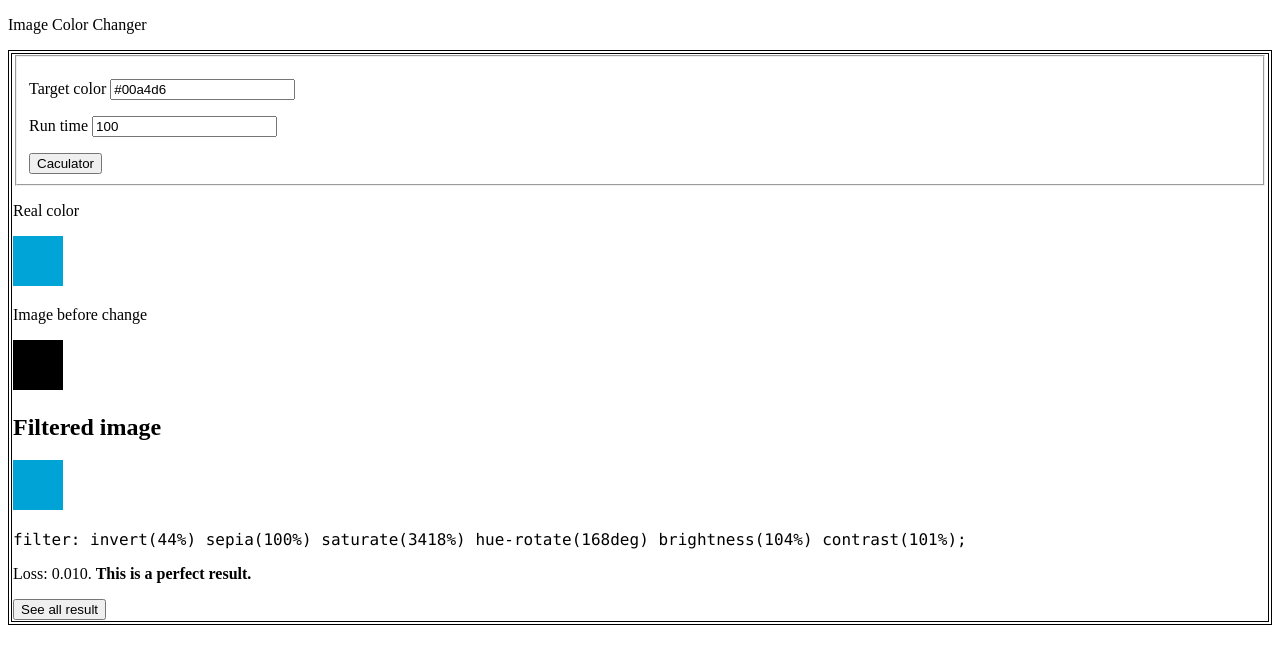
Repository: Kevilstark/image-color-changer
Page: index.html
The author's editor kept a copy of each file at every save. The page is drawn from the files as they stood at one save, then again after the next save.
The browser window is 1280 px wide. The pictures show the whole page.
After loading, the first visible `button.execute` was clicked once.
Some web libraries are served in a nearby version.

Above is the page before, as saved 2022-06-07 13:48:00.

### index.html
<!DOCTYPE html>
<html lang="vi">
    <head>
        <meta charset= "UTF-8">
        <meta name="viewport" content="width=device-width, initial-scale-1.0">
        <script src="https://ajax.googleapis.com/ajax/libs/jquery/2.1.1/jquery.min.js"></script>
        <script src="script.js"></script>
        <link rel="stylesheet" href="style.css">
    </head>
    <body>
        <p>Image Color Changer</p>
        <table>
            <tr valign="top">
                <td width="50%">
                    <fieldset>
                        <p>
                            <label>Target color</label> <input class="target" type="text" placeholder="target hex" value="#00a4d6"/>
                        </p>
                        <p>
                            <label>Run time</label> <input class="time-tried" type="number" placeholder="run time" value="100"/>
                      </p>
                        <button class="execute">Caculator</button>
                    </fieldset>
                    <p>Real color</p>
                    <div class="pixel realPixel"></div>
                    <p>Image before change</p>
                    <div class="pixel realImg"></div>
                    <div id="final-result"></div>


                </td>
            </tr>
        </table>
    </body>
</html>

### script.js
'use strict';

class Color {
  constructor(r, g, b) {
    this.set(r, g, b);
  }

  toString() {
    return `rgb(${Math.round(this.r)}, ${Math.round(this.g)}, ${Math.round(this.b)})`;
  }

  set(r, g, b) {
    this.r = this.clamp(r);
    this.g = this.clamp(g);
    this.b = this.clamp(b);
  }

  hueRotate(angle = 0) {
    angle = angle / 180 * Math.PI;
    const sin = Math.sin(angle);
    const cos = Math.cos(angle);

    this.multiply([
      0.213 + cos * 0.787 - sin * 0.213,
      0.715 - cos * 0.715 - sin * 0.715,
      0.072 - cos * 0.072 + sin * 0.928,
      0.213 - cos * 0.213 + sin * 0.143,
      0.715 + cos * 0.285 + sin * 0.140,
      0.072 - cos * 0.072 - sin * 0.283,
      0.213 - cos * 0.213 - sin * 0.787,
      0.715 - cos * 0.715 + sin * 0.715,
      0.072 + cos * 0.928 + sin * 0.072,
    ]);
  }

  grayscale(value = 1) {
    this.multiply([
      0.2126 + 0.7874 * (1 - value),
      0.7152 - 0.7152 * (1 - value),
      0.0722 - 0.0722 * (1 - value),
      0.2126 - 0.2126 * (1 - value),
      0.7152 + 0.2848 * (1 - value),
      0.0722 - 0.0722 * (1 - value),
      0.2126 - 0.2126 * (1 - value),
      0.7152 - 0.7152 * (1 - value),
      0.0722 + 0.9278 * (1 - value),
    ]);
  }

  sepia(value = 1) {
    this.multiply([
      0.393 + 0.607 * (1 - value),
      0.769 - 0.769 * (1 - value),
      0.189 - 0.189 * (1 - value),
      0.349 - 0.349 * (1 - value),
      0.686 + 0.314 * (1 - value),
      0.168 - 0.168 * (1 - value),
      0.272 - 0.272 * (1 - value),
      0.534 - 0.534 * (1 - value),
      0.131 + 0.869 * (1 - value),
    ]);
  }

  saturate(value = 1) {
    this.multiply([
      0.213 + 0.787 * value,
      0.715 - 0.715 * value,
      0.072 - 0.072 * value,
      0.213 - 0.213 * value,
      0.715 + 0.285 * value,
      0.072 - 0.072 * value,
      0.213 - 0.213 * value,
      0.715 - 0.715 * value,
      0.072 + 0.928 * value,
    ]);
  }

  multiply(matrix) {
    const newR = this.clamp(this.r * matrix[0] + this.g * matrix[1] + this.b * matrix[2]);
    const newG = this.clamp(this.r * matrix[3] + this.g * matrix[4] + this.b * matrix[5]);
    const newB = this.clamp(this.r * matrix[6] + this.g * matrix[7] + this.b * matrix[8]);
    this.r = newR;
    this.g = newG;
    this.b = newB;
  }

  brightness(value = 1) {
    this.linear(value);
  }
  contrast(value = 1) {
    this.linear(value, -(0.5 * value) + 0.5);
  }

  linear(slope = 1, intercept = 0) {
    this.r = this.clamp(this.r * slope + intercept * 255);
    this.g = this.clamp(this.g * slope + intercept * 255);
    this.b = this.clamp(this.b * slope + intercept * 255);
  }

  invert(value = 1) {
    this.r = this.clamp((value + this.r / 255 * (1 - 2 * value)) * 255);
    this.g = this.clamp((value + this.g / 255 * (1 - 2 * value)) * 255);
    this.b = this.clamp((value + this.b / 255 * (1 - 2 * value)) * 255);
  }

  hsl() {
    // Code taken from https://stackoverflow.com/a/9493060/2688027, licensed under CC BY-SA.
    const r = this.r / 255;
    const g = this.g / 255;
    const b = this.b / 255;
    const max = Math.max(r, g, b);
    const min = Math.min(r, g, b);
    let h, s, l = (max + min) / 2;

    if (max === min) {
      h = s = 0;
    } else {
      const d = max - min;
      s = l > 0.5 ? d / (2 - max - min) : d / (max + min);
      switch (max) {
        case r:
          h = (g - b) / d + (g < b ? 6 : 0);
          break;

        case g:
          h = (b - r) / d + 2;
          break;

        case b:
          h = (r - g) / d + 4;
          break;
      }
      h /= 6;
    }

    return {
      h: h * 100,
      s: s * 100,
      l: l * 100,
    };
  }

  clamp(value) {
    if (value > 255) {
      value = 255;
    } else if (value < 0) {
      value = 0;
    }
    return value;
  }
}

class Solver {
  constructor(target, baseColor) {
    this.target = target;
    this.targetHSL = target.hsl();
    this.reusedColor = new Color(0, 0, 0);
  }

  solve() {
    const result = this.solveNarrow(this.solveWide());
    return {
      values: result.values,
      loss: result.loss,
      filter: this.css(result.values),
    };
  }

  solveWide() {
    const A = 5;
    const c = 15;
    const a = [60, 180, 18000, 600, 1.2, 1.2];

    let best = { loss: Infinity };
    for (let i = 0; best.loss > 25 && i < 3; i++) {
      const initial = [50, 20, 3750, 50, 100, 100];
      const result = this.spsa(A, a, c, initial, 1000);
      if (result.loss < best.loss) {
        best = result;
      }
    }
    return best;
  }

  solveNarrow(wide) {
    const A = wide.loss;
    const c = 2;
    const A1 = A + 1;
    const a = [0.25 * A1, 0.25 * A1, A1, 0.25 * A1, 0.2 * A1, 0.2 * A1];
    return this.spsa(A, a, c, wide.values, 500);
  }

  spsa(A, a, c, values, iters) {
    const alpha = 1;
    const gamma = 0.16666666666666666;

    let best = null;
    let bestLoss = Infinity;
    const deltas = new Array(6);
    const highArgs = new Array(6);
    const lowArgs = new Array(6);

    for (let k = 0; k < iters; k++) {
      const ck = c / Math.pow(k + 1, gamma);
      for (let i = 0; i < 6; i++) {
        deltas[i] = Math.random() > 0.5 ? 1 : -1;
        highArgs[i] = values[i] + ck * deltas[i];
        lowArgs[i] = values[i] - ck * deltas[i];
      }

      const lossDiff = this.loss(highArgs) - this.loss(lowArgs);
      for (let i = 0; i < 6; i++) {
        const g = lossDiff / (2 * ck) * deltas[i];
        const ak = a[i] / Math.pow(A + k + 1, alpha);
        values[i] = fix(values[i] - ak * g, i);
      }

      const loss = this.loss(values);
      if (loss < bestLoss) {
        best = values.slice(0);
        bestLoss = loss;
      }
    }
    return { values: best, loss: bestLoss };

    function fix(value, idx) {
      let max = 100;
      if (idx === 2 /* saturate */) {
        max = 7500;
      } else if (idx === 4 /* brightness */ || idx === 5 /* contrast */) {
        max = 200;
      }

      if (idx === 3 /* hue-rotate */) {
        if (value > max) {
          value %= max;
        } else if (value < 0) {
          value = max + value % max;
        }
      } else if (value < 0) {
        value = 0;
      } else if (value > max) {
        value = max;
      }
      return value;
    }
  }

  loss(filters) {
    // Argument is array of percentages.
    const color = this.reusedColor;
    color.set(0, 0, 0);

    color.invert(filters[0] / 100);
    color.sepia(filters[1] / 100);
    color.saturate(filters[2] / 100);
    color.hueRotate(filters[3] * 3.6);
    color.brightness(filters[4] / 100);
    color.contrast(filters[5] / 100);

    const colorHSL = color.hsl();
    return (
      Math.abs(color.r - this.target.r) +
      Math.abs(color.g - this.target.g) +
      Math.abs(color.b - this.target.b) +
      Math.abs(colorHSL.h - this.targetHSL.h) +
      Math.abs(colorHSL.s - this.targetHSL.s) +
      Math.abs(colorHSL.l - this.targetHSL.l)
    );
  }

  css(filters) {
    function fmt(idx, multiplier = 1) {
      return Math.round(filters[idx] * multiplier);
    }
    return `filter: invert(${fmt(0)}%) sepia(${fmt(1)}%) saturate(${fmt(2)}%) hue-rotate(${fmt(3, 3.6)}deg) brightness(${fmt(4)}%) contrast(${fmt(5)}%);`;
  }
}

function hexToRgb(hex) {
  // Expand shorthand form (e.g. "03F") to full form (e.g. "0033FF")
  const shorthandRegex = /^#?([a-f\d])([a-f\d])([a-f\d])$/i;
  hex = hex.replace(shorthandRegex, (m, r, g, b) => {
    return r + r + g + g + b + b;
  });

  const result = /^#?([a-f\d]{2})([a-f\d]{2})([a-f\d]{2})$/i.exec(hex);
  return result
    ? [
      parseInt(result[1], 16),
      parseInt(result[2], 16),
      parseInt(result[3], 16),
    ]
    : null;
}

$(document).ready(() => {
  $('button.execute').click(() => {
    const rgb = hexToRgb($('input.target').val());
    const triedtime = $('input.time-tried').val();
    if (rgb.length !== 3) {
      alert('Invalid format!');
      return;
    }

    const color = new Color(rgb[0], rgb[1], rgb[2]);
    const solver = new Solver(color);
    var result = solver.solve();
    var min = result.loss;
    // <h2>Best result</h2>



    const elementAdd = document.getElementById("final-result");
    $("#final-result").empty();

    let resultTitle = document.createElement("h2");
    let resultTitleVal = document.createTextNode('Filtered image');
    elementAdd.appendChild(resultTitle);

    let resultImgTitle = document.createElement("p");
    let resultImgTitleVal = document.createTextNode('Filtered image');
    resultTitle.appendChild(resultImgTitleVal);
    elementAdd.appendChild(resultImgTitle);

    let resultImg = document.createElement("div");
    resultImg.setAttribute('class', 'pixel filterPixel')
    elementAdd.appendChild(resultImg);

    let resultCss = document.createElement("p");
    resultCss.setAttribute('class', 'filterDetail')
    elementAdd.appendChild(resultCss);

    let resultLoss = document.createElement("p");
    resultLoss.setAttribute('class', 'lossDetail')
    elementAdd.appendChild(resultLoss);

    let para = document.createElement("button");
    para.setAttribute('id', 'clickResult')
    let node = document.createTextNode("See all result");
    para.appendChild(node);
    elementAdd.appendChild(para);

    let resultTable = document.createElement('table');
    resultTable.setAttribute('id', 'all-result')
    elementAdd.appendChild(resultTable);

    let td0 = document.createElement('td');
    resultTable.appendChild(td0);

    let td1 = document.createElement('td');
    resultTable.appendChild(td1);

    let td2 = document.createElement('td');
    resultTable.appendChild(td2);

    let col0 = document.createTextNode('runtime');
    td0.appendChild(col0);

    let col1 = document.createTextNode('css');
    td1.appendChild(col1);

    let col2 = document.createTextNode('loss');
    td2.appendChild(col2);

    var table = document.getElementById("all-result");
    for(var i=0;i<triedtime;i++) {
        var resultChange = solver.solve();
        var row = table.insertRow(i);
        var cell0 = row.insertCell(0);
        var cell1 = row.insertCell(1);
        var cell2 = row.insertCell(2);
        cell0.innerHTML = i+1;
        cell1.innerHTML = resultChange.filter;
        cell2.innerHTML = resultChange.loss.toFixed(3);

        if(resultChange.loss < min){
          min = resultChange.loss;
          result = resultChange;
        }

    }


    let lossMsg;
    if (result.loss < 1) {
      lossMsg = 'This is a perfect result.';
    } else if (result.loss < 5) {
      lossMsg = 'The is close enough.';
    } else if (result.loss < 15) {
      lossMsg = 'The color is somewhat off. Consider running it again.';
    } else {
      lossMsg = 'The color is extremely off. Run it again!';
    }

    $('.realPixel').css('background-color', color.toString());
    $('.filterPixel').attr('style', result.filter);
    $('.filterDetail').text(result.filter);
    $('.lossDetail').html(`Loss: ${result.loss.toFixed(3)}. <b>${lossMsg}</b>`);
    $("#all-result").hide();
    $('#clickResult').click(() => {
      if ($("#all-result").is(":hidden"))
        $("#all-result").show();
        else $("#all-result").hide();
    });

  });


});

### style.css
.pixel {
  display: inline-block;
  background-color: #000;
  width: 50px;
  height: 50px;
}

.filterDetail {
  font-family: "Consolas", "Menlo", "Ubuntu Mono", monospace;
}

table, td {
  border: 1px solid black;
}

After the next save:
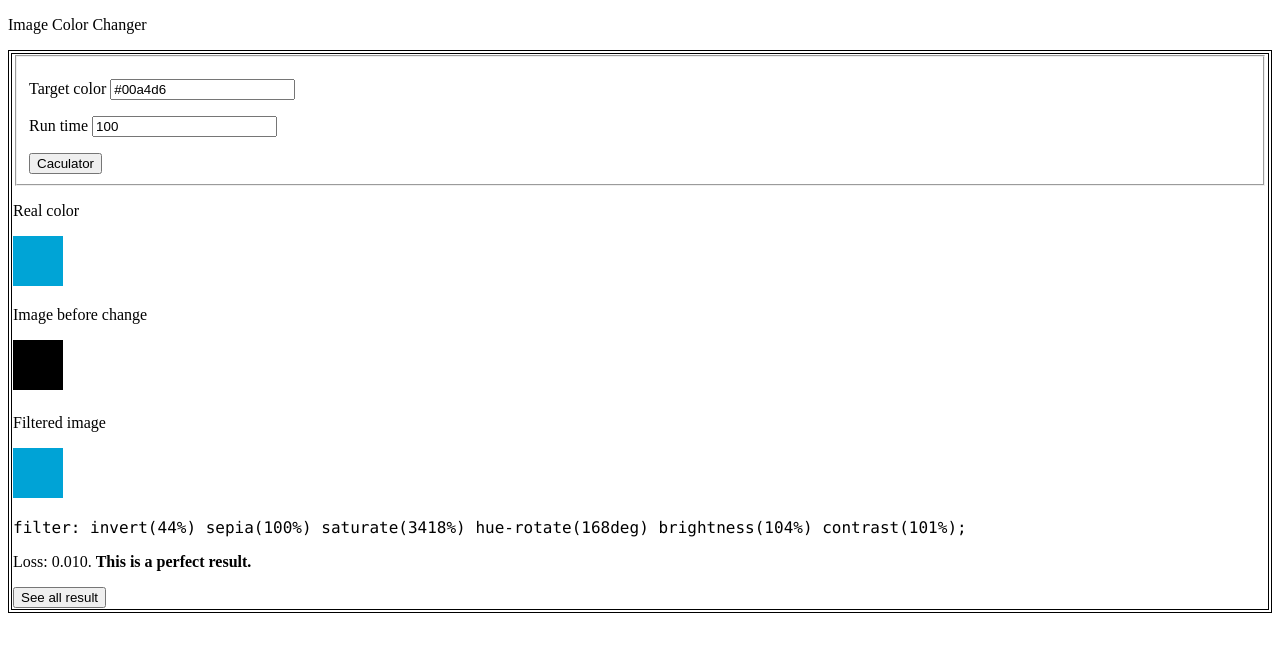
Saved 10 s later.
--- a/script.js
+++ b/script.js
@@ -320,7 +320,7 @@ $(document).ready(() => {
 
     let resultImgTitle = document.createElement("p");
     let resultImgTitleVal = document.createTextNode('Filtered image');
-    resultTitle.appendChild(resultImgTitleVal);
+    resultImgTitle.appendChild(resultImgTitleVal);
     elementAdd.appendChild(resultImgTitle);
 
     let resultImg = document.createElement("div");
